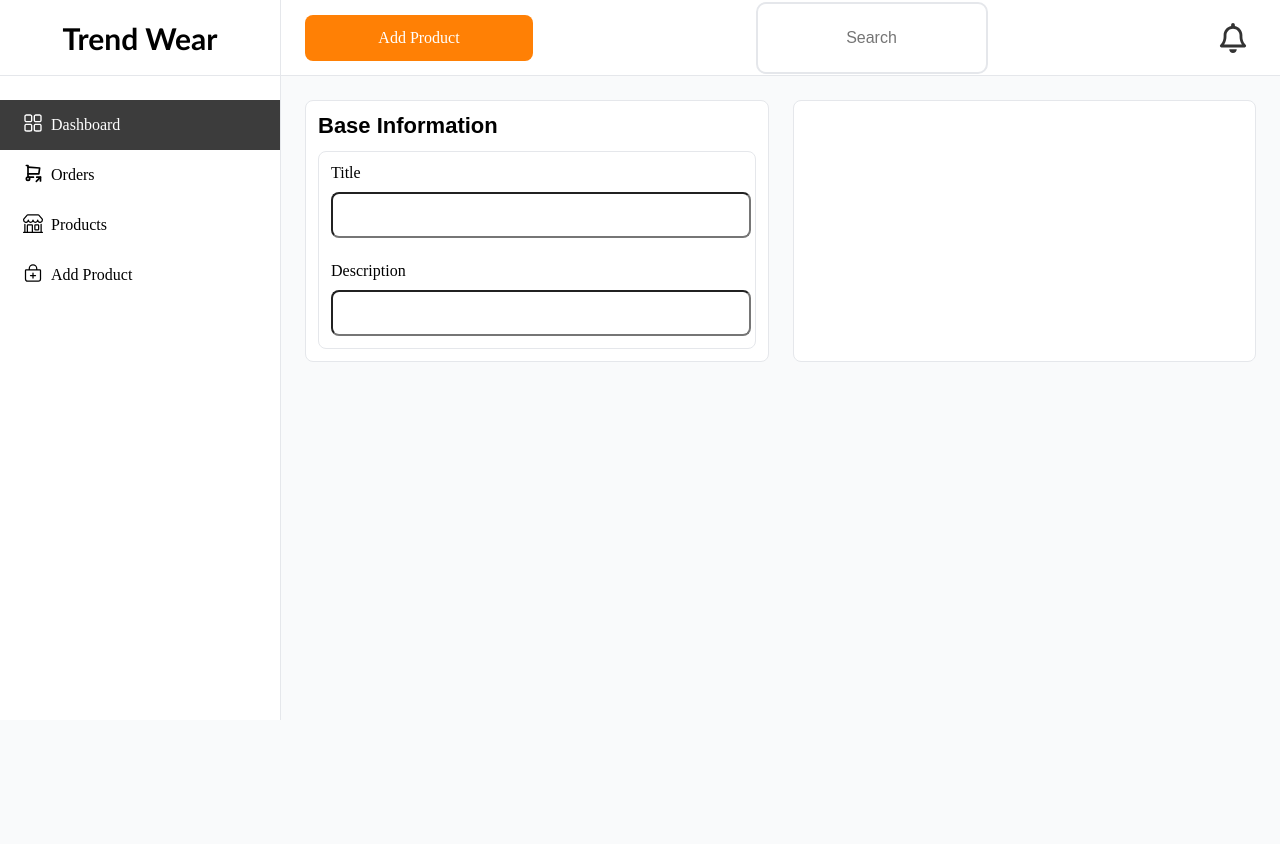
Repository: ahmad-dev7/TrendWear
Page: / (app in trend_wear_dashboard/)
The author's editor kept a copy of each file at every save. The page is drawn from the files as they stood at one save, then again after the next save.
The browser window is 1280 px wide. The pictures show the whole page.
The project was rebuilt for these pictures with package versions that can differ from the ones it lists, and the page was loaded fresh each time. Also part of the build but not shown: trend_wear_dashboard/vite.config.ts.

Above is the page before, as saved 2025-01-20 02:32:26.

### trend_wear_dashboard/index.html
<!doctype html>
<html lang="en">

<head>
  <meta charset="UTF-8" />
  <link rel="icon" type="image/svg+xml" href="/vite.svg" />
  <meta name="viewport" content="width=device-width, initial-scale=1.0" />
  <title>Trend Wear</title>
</head>

<body>
  <div id="root"></div>
  <script type="module" src="/src/main.tsx"></script>
</body>

</html>

### trend_wear_dashboard/src/main.tsx
import { StrictMode } from "react";
import { createRoot } from "react-dom/client";
//import "bootstrap/dist/css/bootstrap.css";
import "./App.css";
import App from "./App.tsx";

createRoot(document.getElementById("root")!).render(
  <StrictMode>
    <App />
  </StrictMode>
);

### trend_wear_dashboard/src/App.css
body {
    background-color: #F9FAFB;
    padding: 0;
    margin: 0;
}

#parent {
    display: flex;
}

### trend_wear_dashboard/src/App.tsx
import { useState } from "react";
import Body from "./Components/Body/Body";
import Navbar from "./Components/Navbar/Navbar";
import Sidebar from "./Components/Sidebar/Sidebar";
import AddProducts from "./Components/AddProduct/AddProduct";
//import Dashboard from "./Components/Dashboard/Dashboard";

function App() {
  const [body, setBody] = useState("Dashboard");

  console.log(body);

  return (
    <div id="parent">
      <Sidebar onSelectTab={setBody} />
      <div style={{ flex: 1 }}>
        <Navbar />
        <Body>
          <AddProducts />
        </Body>
      </div>
    </div>
  );
}

export default App;

### trend_wear_dashboard/src/Components/Body/Body.tsx
// Body.tsx
import "./Body.css";

interface Props {
  children: React.ReactNode;
}

const Body = ({ children }: Props) => {
  return <div id="body-content">{children}</div>;
};

export default Body;

### trend_wear_dashboard/src/Components/Navbar/Navbar.tsx
import "./Navbar.css";
import { FaRegBell } from "react-icons/fa6";

const Navbar = () => {
  return (
    <div>
      <div id="top-navbar">
        <div className="nav-item add-product-button">Add Product</div>
        <input className="nav-item" placeholder="Search" type="text" />
        <FaRegBell className="nav-item icon"></FaRegBell>
      </div>
    </div>
  );
};

export default Navbar;

### trend_wear_dashboard/src/Components/Sidebar/Sidebar.tsx
import "./Sidebar.css";
import { RxDashboard } from "react-icons/rx";
import { TbShoppingCartShare } from "react-icons/tb";
import { BsShop } from "react-icons/bs";
import { IoBagAddOutline } from "react-icons/io5";
import { useState } from "react";

interface Props {
  onSelectTab: (tab: string) => void;
}

interface Tabs {
  icon: JSX.Element;
  label: string;
}

const Sidebar = ({ onSelectTab }: Props) => {
  const tabs: Tabs[] = [
    { label: "Dashboard", icon: <RxDashboard size={20} /> },
    { label: "Orders", icon: <TbShoppingCartShare size={20} /> },
    { label: "Products", icon: <BsShop size={20} /> },
    { label: "Add Product", icon: <IoBagAddOutline size={20} /> },
  ];

  const [active, setTab] = useState("Dashboard");

  return (
    <div id="sidebar">
      <div className="header">Trend Wear</div>
      <ul id="sidebar-content">
        {tabs.map((tab) => (
          <li
            key={tab.label}
            className={"tab " + (tab.label == active && "active")}
            onClick={() => {
              setTab(tab.label);
              onSelectTab(tab.label);
            }}
          >
            <div className="icon">{tab.icon}</div>
            <div className="label">{tab.label}</div>
          </li>
        ))}
      </ul>
    </div>
  );
};

export default Sidebar;

### trend_wear_dashboard/src/Components/AddProduct/AddProduct.tsx
import "./AddProduct.css";
import ProductDetails from "./ProductDetails";
import ProductPreview from "./ProductPreview";
const AddProduct = () => {
  return (
    <div className="parent">
      <div className="child">
        <ProductDetails />
      </div>

      <div className="child ">
        <ProductPreview />
      </div>
    </div>
  );
};

export default AddProduct;

### trend_wear_dashboard/src/Components/Body/Body.css
#body-content {
    display: flex;
    flex-direction: column;
    margin: 24px;
    height: 100vh;
    width: calc(100% - 48px);
    box-sizing: border-box;
}

### trend_wear_dashboard/src/Components/Navbar/Navbar.css
#top-navbar {
    display: flex;
    justify-content: space-between;
    align-items: center;
    /* padding: 0 24px; */
    background-color: white;
    height: 75px;
    width: 100%;
    border-bottom: 1px solid #e5e7eb;
}

.nav-item {
    font-size: 16px;
    color: #333;
    text-align: center;
    width: 200px;
    border-radius: 8px;
    padding: 14px;
    text-decoration: none;
}

.add-product-button {
    color: white;
    margin-left: 24px;
    background-color: #ff8005;
}

#top-navbar input {
    border: none;
    outline: 2px solid #e5e7eb;
    flex-grow: 1;
    max-width: 200px;
}

#top-navbar .icon {
    height: 30px;
    width: 30px;
    margin-right: 24px;
}

### trend_wear_dashboard/src/Components/Sidebar/Sidebar.css
/* Sidebar.css */
#sidebar {
    background-color: white;
    width: 280px;
    height: 100vh;
    border-right: 1px solid #e5e7eb;
}

#sidebar .header {
    display: flex;
    justify-content: center;
    align-items: center;
    height: 75px;
    font-size: 30px;
    font-weight: bold;
    font-family: 'Gill Sans', 'Gill Sans MT', Calibri, 'Trebuchet MS', sans-serif;
    background-color: white;
    text-align: center;
    border-bottom: 1px solid #e5e7eb;
}

#sidebar-content {
    list-style-type: none;
    margin-top: 24px;
    padding: 0;
    cursor: pointer;
}

#sidebar-content .tab {
    height: 50px;
    color: black;
    display: flex;
    align-items: center;
    padding-left: 15px;
}

.icon {
    padding: 8px;
}

#sidebar-content .active {
    background-color: #3c3c3c;
    color: white;
}

#sidebar-content .tab:hover:not(.active) {
    background-color: #e5e7eb;
}

### trend_wear_dashboard/src/Components/AddProduct/AddProduct.css
/* AddProduct.css */
.parent {
    display: flex;
    width: 100%;
    gap: 24px;
    box-sizing: border-box;
}

.child {
    flex: 1;
    text-align: center;
    background-color: white;
    border: 1px solid #e5e7eb;
    border-radius: 8px;
}

### trend_wear_dashboard/src/Components/AddProduct/ProductDetails.tsx
import "./ProductDetails.css";
import Spacer from "../../Constants/Spacer";

const ProductDetails = () => {
  return (
    <div className="product-detail-container">
      <p className="heading">Base Information</p>
      <Spacer height="12px" />
      <div className="container">
        <p className="title">Title</p>
        <input type="text" />
        <Spacer height="24px" />
        <p className="description">Description</p>
        <input type="text" />
      </div>
    </div>
  );
};

export default ProductDetails;

### trend_wear_dashboard/src/Components/AddProduct/ProductPreview.tsx
const ProductPreview = () => {
  return <div> </div>;
};

export default ProductPreview;

### trend_wear_dashboard/src/Components/AddProduct/ProductDetails.css
.product-detail-container {
    margin: 0px;
    padding: 12px;
    text-align: start;
}

/* Product details sub-sections heading */
.heading {
    margin: 0px;
    font-size: 22px;
    font-weight: 700;
    font-family: sans-serif;
}

/* Product details sub-sections container */
.container {
    border: 1px solid #e5e7eb;
    padding: 12px;
    border-radius: 8px;
}


p:not(.heading) {
    margin: 0px;
    margin-bottom: 10px;
}

/* From Uiverse.io by ErzenXz */
input {
    width: 100%;
    height: 40px;
    font-size: 24px;
    border-radius: 8px;
    outline: none;
}

.input:hover {
    border: 2px solid lightgrey;
    box-shadow: 0px 0px 20px -17px;
}

.input:active {
    transform: scale(0.95);
}

.input:focus {
    border: 2px solid grey;
}

### trend_wear_dashboard/src/Constants/Spacer.tsx
interface Props {
  height?: string;
  width?: string;
}

const Spacer = ({ height = "0px", width = "0px" }: Props) => {
  return <div style={{ height: height, width: width }}></div>;
};

export default Spacer;

After the next save:
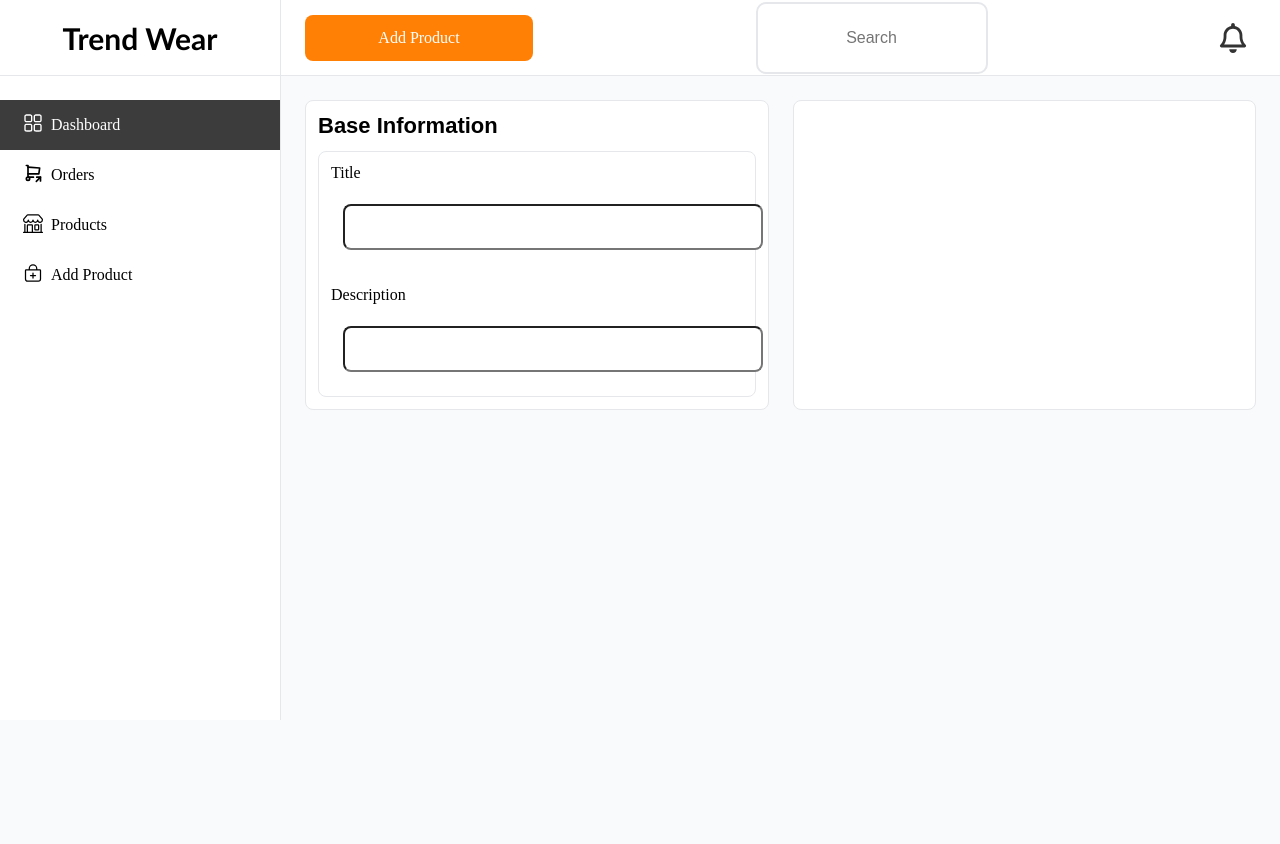
Saved 27 s later.
--- a/trend_wear_dashboard/src/Components/AddProduct/ProductDetails.css
+++ b/trend_wear_dashboard/src/Components/AddProduct/ProductDetails.css
@@ -29,6 +29,7 @@ p:not(.heading) {
 input {
     width: 100%;
     height: 40px;
+    margin: 12px;
     font-size: 24px;
     border-radius: 8px;
     outline: none;

After the save that followed:
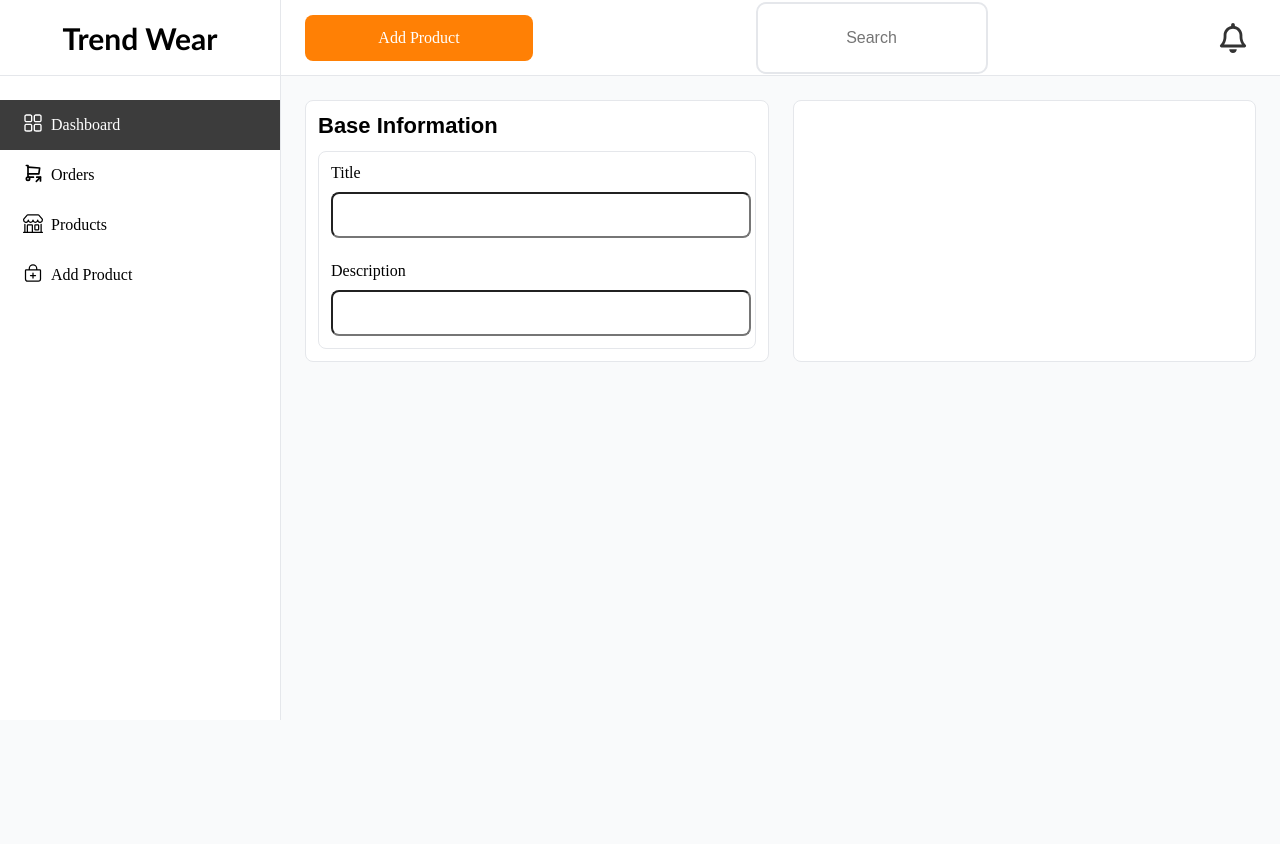
Saved 6 s later.
--- a/trend_wear_dashboard/src/Components/AddProduct/ProductDetails.css
+++ b/trend_wear_dashboard/src/Components/AddProduct/ProductDetails.css
@@ -29,7 +29,6 @@ p:not(.heading) {
 input {
     width: 100%;
     height: 40px;
-    margin: 12px;
     font-size: 24px;
     border-radius: 8px;
     outline: none;
